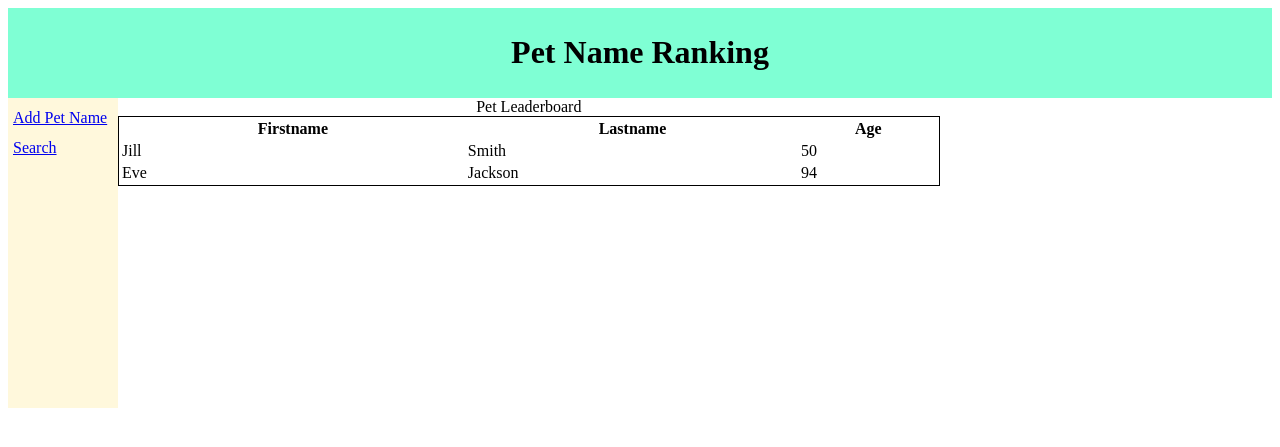
Repository: mutterbucket/TriplettTermProject4830
Page: workspaceCSCI4830-tech-excercise-Triplett/techExcerciseTriplett/WebContent/leaderboard.html
The author's editor kept a copy of each file at every save. The page is drawn from the files as they stood at one save, then again after the next save.
The browser window is 1280 px wide. The pictures show the whole page.

Above is the page before, as saved 2020-02-21 23:12:05.

After the next save:
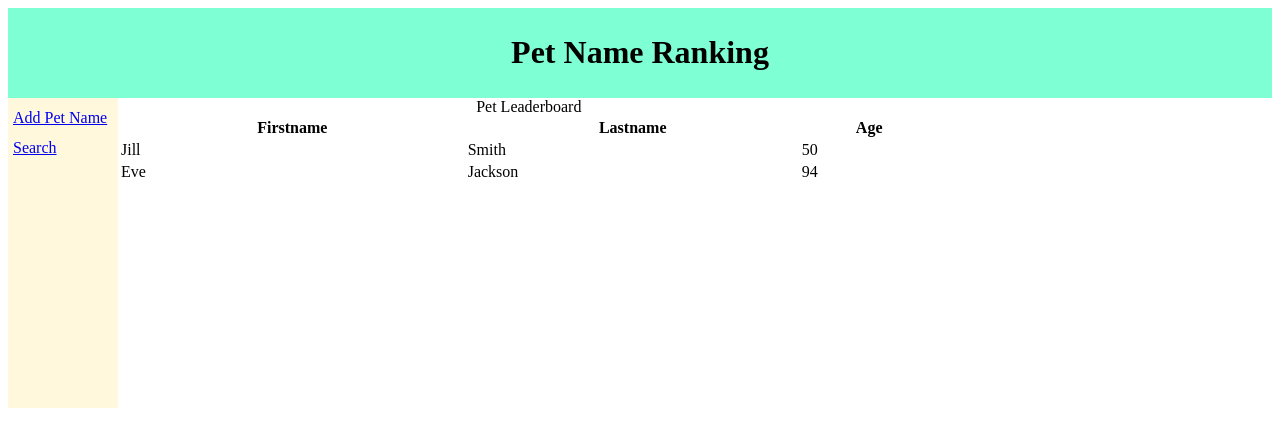
Saved 26 s later.
--- a/workspaceCSCI4830-tech-excercise-Triplett/techExcerciseTriplett/WebContent/leaderboard.html
+++ b/workspaceCSCI4830-tech-excercise-Triplett/techExcerciseTriplett/WebContent/leaderboard.html
@@ -29,7 +29,7 @@ footer {
     text-align:center;
     padding:5px;
 }
-table {
+tr {
   border: 1px solid black;
 }
 table#t01 tr:nth-child(even) {
